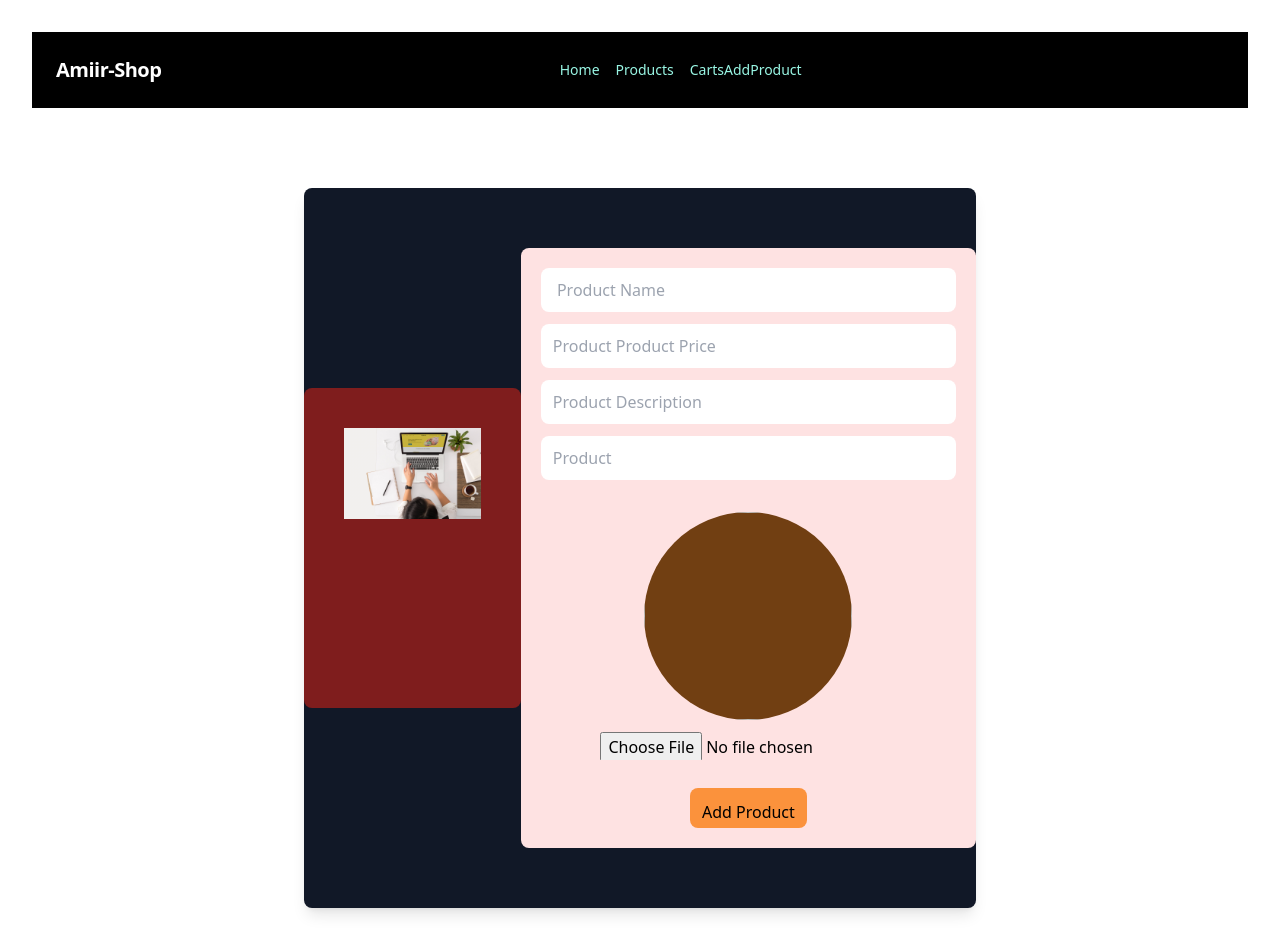
Repository: ENG-AMIIR-MUSE/ECommerce-app-using-react
Page: /addProducts
The author's editor kept a copy of each file at every save. The page is drawn from the files as they stood at one save, then again after the next save.
The browser window is 1280 px wide. The pictures show the whole page.
The page's requests for data from a server got no answer. The project was rebuilt for these pictures with package versions that can differ from the ones it lists, and the page was loaded fresh each time. No one was signed in, and anything a server would have sent is missing. Also part of the build but not shown: vite.config.js, src/Components/productList.js, src/Components/productCard.js.

Above is the page before, as saved 2023-06-24 20:38:42.

### src/main.jsx
import React from 'react'
import ReactDOM from 'react-dom/client'
import App from './App.jsx'
import './index.css'

import { BrowserRouter }  from 'react-router-dom'



ReactDOM.createRoot(document.getElementById('root')).render(
  <React.StrictMode>
    <BrowserRouter>
    <App />
    </BrowserRouter>

  </React.StrictMode>,

)

### src/App.jsx
import { useEffect } from 'react'
import { useState } from 'react'
import axios from 'axios'
import ProductList from './Components/ProductList'
import ProductCard from './Components/ProductCard'

import './App.css'

import {NavBar} from './Components/NavBar'
import {  Routes,Route } from 'react-router-dom'

import AddProduct from './Components/AddProduct'

function App() {
const [products,setProducts] =  useState([])

useEffect(()=>{
  axios.get('https://fakestoreapi.com/products')
  .then((response)=>{
    // console.log(response)
   setProducts(response.data)
  }).catch((er)=>{
    console.log(er.response)
  })

})

  return (
    <>

    {/* {console.log(products)} */}
    <NavBar/>

    {/* <ProductCard/> */}
    <Routes>
    <Route path="/"/>
    <Route path="/products" element={<ProductList products ={products}/>}/>

    <Route path="/products/:id" element={<ProductCard products = {products}/>}/>
  <Route path="/addProducts/" element={<AddProduct/>}/>
  </Routes>
    </>


  )


}

export default App

### src/Components/NavBar.jsx
import React from 'react'
import {Link } from 'react-router-dom'
 export function NavBar() {
  return (
    <>
    <nav className=" items-center justify-between flex-wrap bg-black p-6 mb-20 h-auto p-5">
  <div className="flex items-center flex-shrink-0 text-white mr-6">

    <span className="font-semibold text-xl tracking-tight">Amiir-Shop</span>


  <div className="w-full block flex-grow lg:flex lg:items-center lg:w-auto">
    <div className="text-sm lg:flex-grow">
      <Link to="/" className="block mt-4 lg:inline-block lg:mt-0 text-teal-200 hover:text-white mr-4">
        Home
      </Link>
      <Link to="/products" className="block mt-4 lg:inline-block lg:mt-0 text-teal-200 hover:text-white mr-4">
        Products
      </Link>
      <Link to="/carts" className="block mt-4 lg:inline-block lg:mt-0 text-teal-200 hover:text-white">
        Carts
      </Link>
      <Link to="/addProducts" className="block mt-4 lg:inline-block lg:mt-0 text-teal-200 hover:text-white">
        AddProduct
      </Link>
    </div>

  </div>
  </div>
</nav>
    </>
  )

 }

### src/Components/AddProduct.jsx
import React from "react";
import reactsvg from '../assets/weImage.jpg'
import { useState } from "react";
const  AddProduct = ()=>{
  const [image,setImage]  = useState(null)

    return(

        <div  className="bg-gray-900 mt-0  text-black  min-h-screen flex flex-col lg:flex-row lg:max-w-2xl 2xl:max-w-full max-w-sm mx-auto justify-center items-center  shadow-lg rounded-lg  overflow-hidden">
          <div className="w-96 rounded-lg mx-auto  bg-red-900  m-5 h-80 p-10">
           <img src= {reactsvg}  alt="missing-product-image"/>
          </div>
          <div className="  m-10 rounded-lg bg-red-100 mx-auto mx-auto mx-auto">
          <form className="space-y-3 mx-auto p-5 ">

           <input type="text"placeholder=" Product Name" className="w-full rounded-lg h-11  pl-3"/>
          <input type="text"placeholder="Product Product Price" className="w-full rounded-lg h-11  pl-3"/>
          <input type="text"placeholder="Product Description" className="w-full rounded-lg h-11  pl-3"/>
           <input type="text" placeholder="Product"className="w-full rounded-lg h-11 pl-3 "/>
           <div className="flex felx-row  flex-wrap items-center justify-center space-x-4">
             <img src={image&&URL.createObjectURL(image)} alt={image} className="rounded-full w-52 h-52 mt-5  max-w-md  object-cover object-center bg-yellow-900" />
             <input type="file" className = "rounded-lg p-3 h-10 mb-4 " onChange={(event)=>{

              setImage(event.target.files[0])
             }}/>
           </div>
             <input type="submit" className = "rounded-lg bg-orange-400 p-3 h-10 "value="Add Product"/>
          </form>
          </div>
          {console.log(image)}
        </div>
    )
}
export default AddProduct;

Loaded but not shown: index.html (common file); src/index.css (common file); src/App.css (common file); tailwind.config.js (common file)

After the next save:
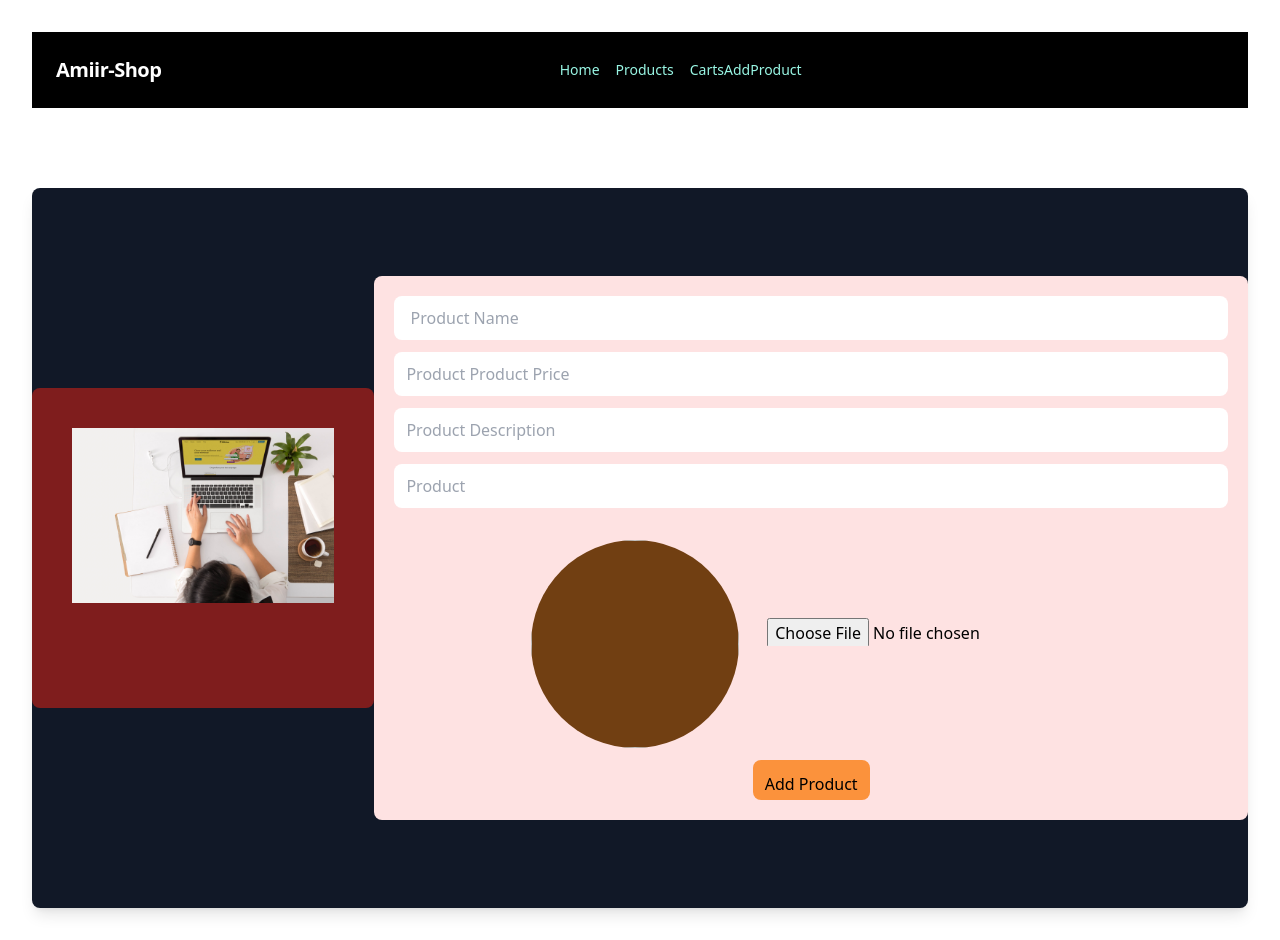
Saved 16 min 44 s later.
--- a/src/Components/AddProduct.jsx
+++ b/src/Components/AddProduct.jsx
@@ -6,7 +6,7 @@ const  AddProduct = ()=>{
 
     return(
 
-        <div  className="bg-gray-900 mt-0  text-black  min-h-screen flex flex-col lg:flex-row lg:max-w-2xl 2xl:max-w-full max-w-sm mx-auto justify-center items-center  shadow-lg rounded-lg  overflow-hidden">
+        <div  className="bg-gray-900 mt-0  text-black  min-h-screen flex flex-col lg:flex-row lg:max-w-full 2xl:max-w-full max-w-sm mx-auto justify-center items-center  shadow-lg rounded-lg  overflow-hidden">
           <div className="w-96 rounded-lg mx-auto  bg-red-900  m-5 h-80 p-10">
            <img src= {reactsvg}  alt="missing-product-image"/>
           </div>
